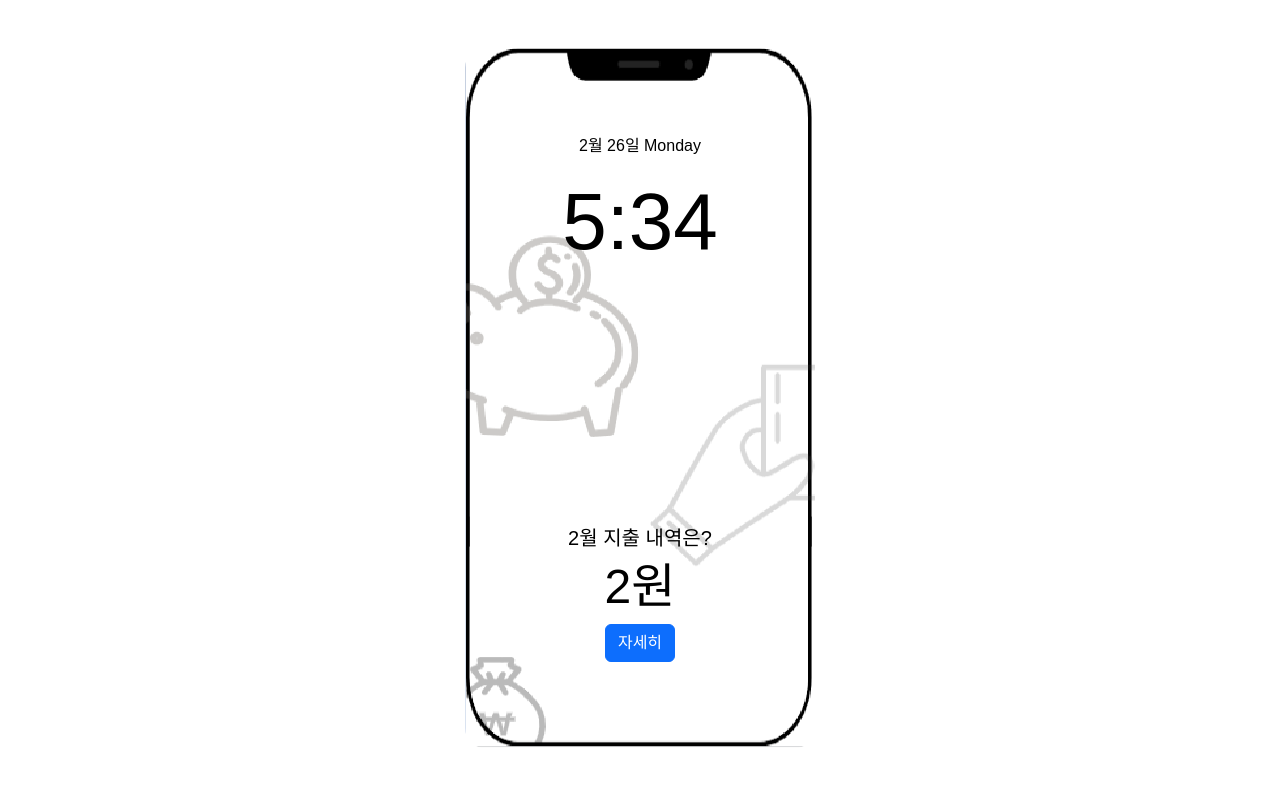
Repository: kimSummerrain/KairosHackathon
Page: venvs/karios/templates/startscreen.html
These files come from the project's save history. The page is drawn as it stood at one moment and after the next save; the edit follows.
The browser window is 1280 px wide. The pictures show the whole page.

Above is the page before, as saved 2024-02-26 18:31:08.

After the next save:
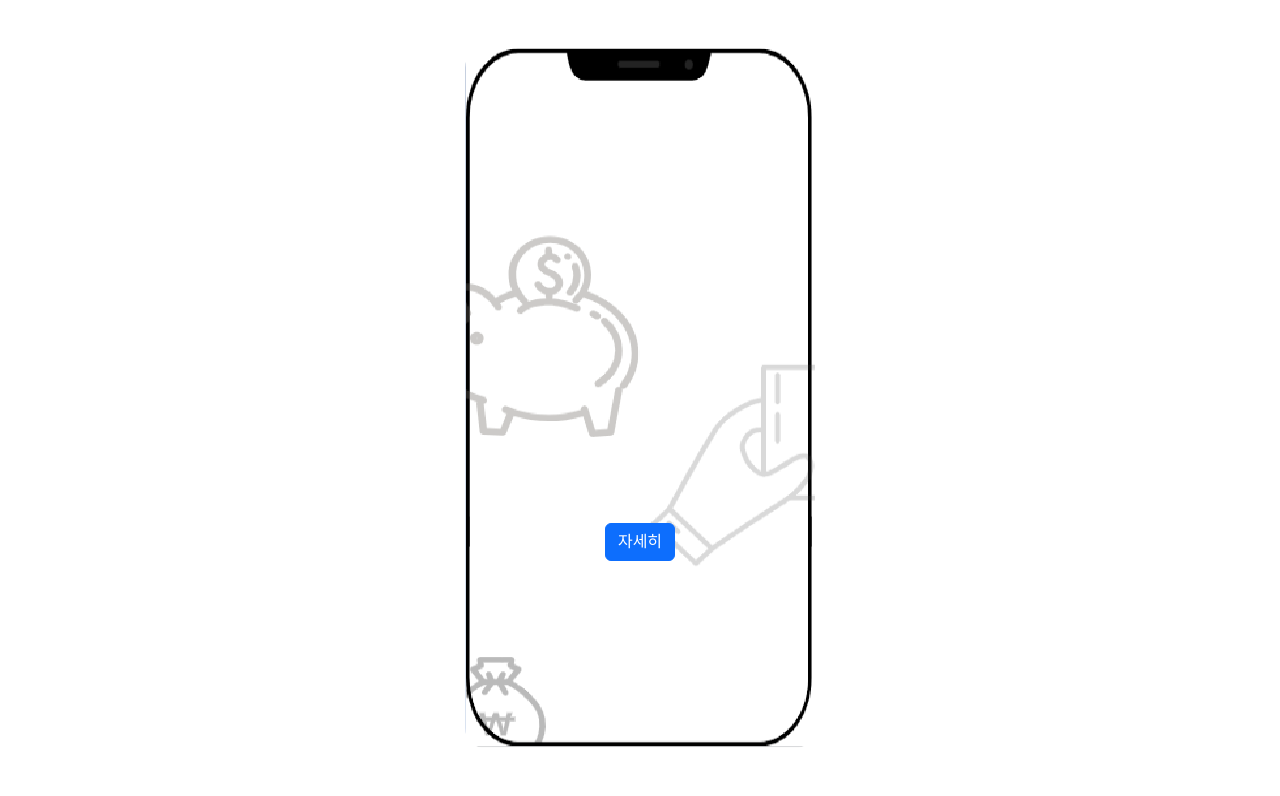
Console error: SyntaxError: Unexpected token '{'
Saved 33 s later.
--- a/venvs/karios/static/js/date.js
+++ b/venvs/karios/static/js/date.js
@@ -6,14 +6,16 @@ function displayDate() {
     var dayOfWeek = today.toLocaleDateString('en-US', { weekday: 'long' }); // 요일 가져오기
     var hour = today.getHours(); // 시간 가져오기
     var minute = today.getMinutes(); // 분 가져오기
+    var amount = {{ result| tojson
+}};
 
-    minute = minute < 10 ? '0' + minute : minute;
+minute = minute < 10 ? '0' + minute : minute;
 
-    // HTML 요소에 날짜와 요일 표시
-    document.getElementById('date').innerHTML = month + '월 ' + day + '일 ' + dayOfWeek;
-    document.getElementById('time').innerHTML = hour + ':' + minute;
-    document.getElementById('month').innerHTML = month + '월 지출 내역은?';
-    document.getElementById('amount').innerHTML = 2 + '원';
+// HTML 요소에 날짜와 요일 표시
+document.getElementById('date').innerHTML = month + '월 ' + day + '일 ' + dayOfWeek;
+document.getElementById('time').innerHTML = hour + ':' + minute;
+document.getElementById('month').innerHTML = month + '월 지출 내역은?';
+document.getElementById('amount').innerHTML = 2 + '원';
 }
 function click_btn() {
     //버튼 클릭시 효과 ex)카테고리창으로 창넘김
